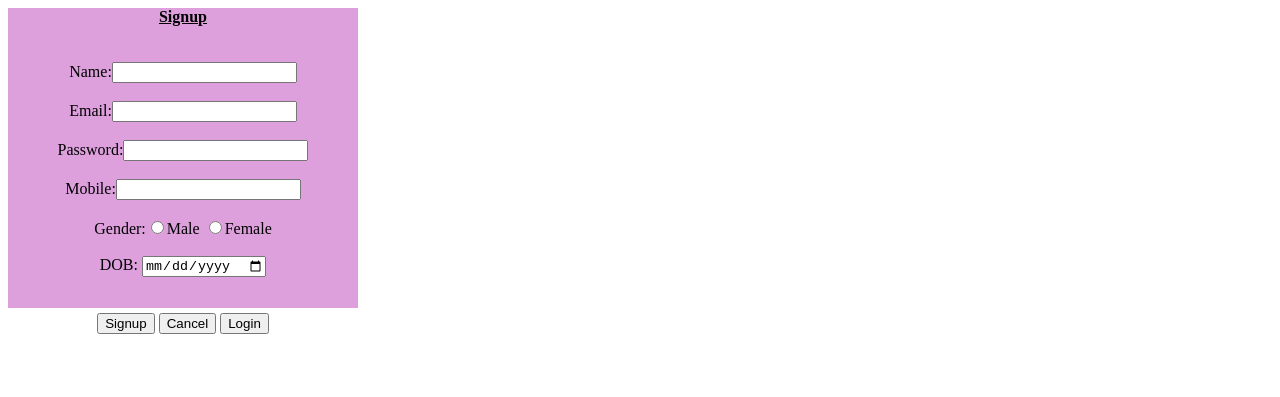
Repository: Spurthiv/todoapp
Page: Servlet_todo_app/src/main/webapp/Signup.html
These files come from the project's save history. The page is drawn as it stood at one moment and after the next save; the edit follows.
The browser window is 1280 px wide. The pictures show the whole page.

Above is the page before, as saved 2023-11-22 07:28:30.

After the next save:
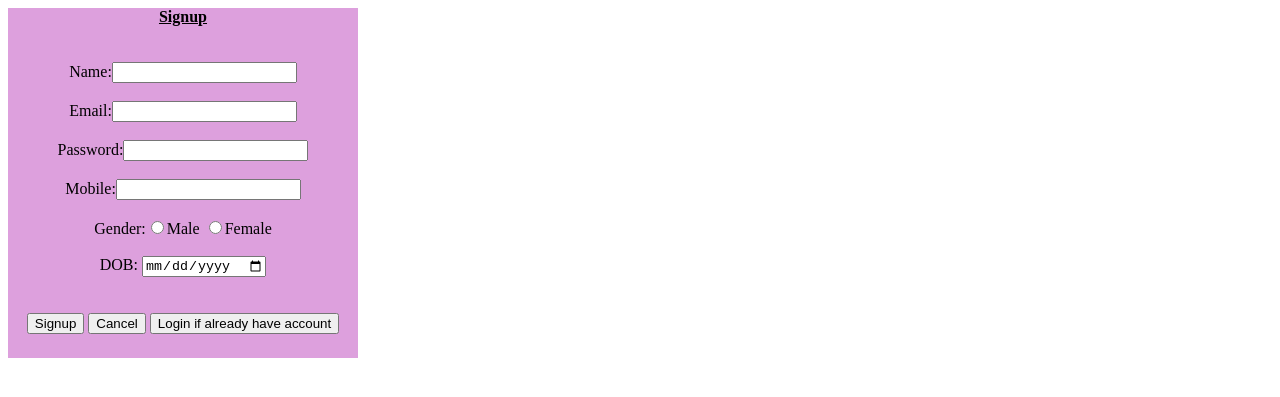
Saved 65 s later.
--- a/Servlet_todo_app/src/main/webapp/Signup.html
+++ b/Servlet_todo_app/src/main/webapp/Signup.html
@@ -5,7 +5,7 @@
 <title>Insert title here</title>
 <style>
         form {
-            height: 300px;
+            height: 350px;
             width: 350px;
             background-color: plum;
             text-decoration-color: blueviolet;
@@ -31,7 +31,7 @@ Mobile:<input type="tel" pattern="[0-9](10)" name="mob" /> <br><br>
         DOB: <input type="date" name="dob"> <br><br><br>
         <button type="submit" formaction="">Signup</button>
         <button type="reset">Cancel</button>
-         <button type="submit">Login</button><br><br><br>
+         <button type="submit">Login if already have account</button><br><br><br>
 
     </form>
 
